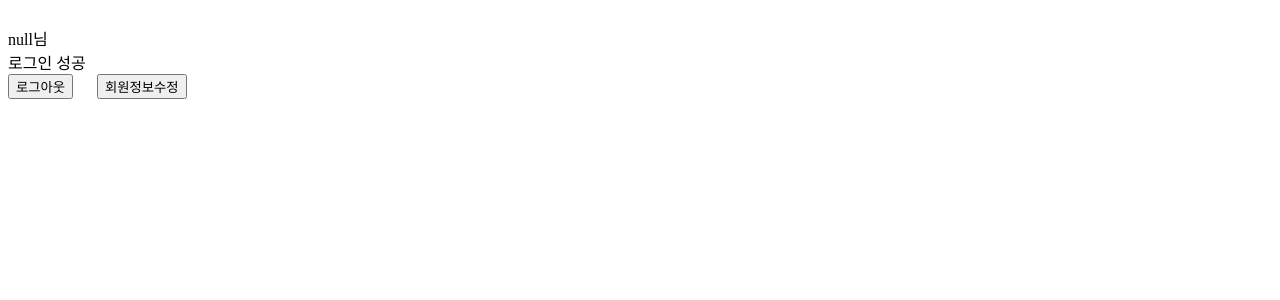
Repository: dahye1013/java-basic-learning
Page: http://localhost/memberJSP/member/loginOk.jsp
The author's editor kept a copy of each file at every save. The page is drawn from the files as they stood at one save, then again after the next save.
The browser window is 1280 px wide. The pictures show the whole page.
The page is served by Tomcat 9. Other server files are loaded and not shown.

Above is the page before, as saved 2020-06-09 05:32:51.

### memberJSP/WebContent/member/loginOk.jsp
<%@ page language="java" contentType="text/html; charset=EUC-KR"
    pageEncoding="EUC-KR"%>
<%
String name = request.getParameter("name");
String id = request.getParameter("id");
%>


<br>
 <%= name %>님<br>
로그인 성공<br>
	<input type="reset" value="로그아웃"> &emsp;
	<input type="submit" value="회원정보수정" onclick=javascrpit:location.href='modifyForm.jsp?id=<%=id %>'>

After the next save:
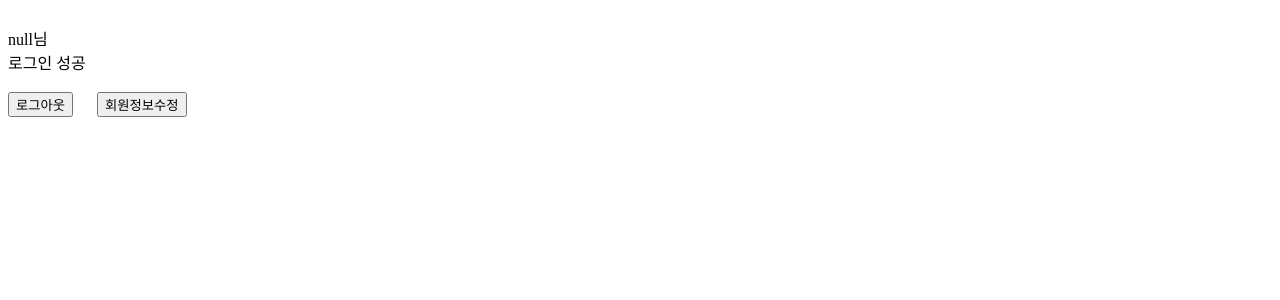
Saved 4 s later.
--- a/memberJSP/WebContent/member/loginOk.jsp
+++ b/memberJSP/WebContent/member/loginOk.jsp
@@ -8,6 +8,6 @@ String id = request.getParameter("id");
 
 <br>
  <%= name %>님<br>
-로그인 성공<br>
+로그인 성공<br><br>
 	<input type="reset" value="로그아웃"> &emsp;
 	<input type="submit" value="회원정보수정" onclick=javascrpit:location.href='modifyForm.jsp?id=<%=id %>'>
